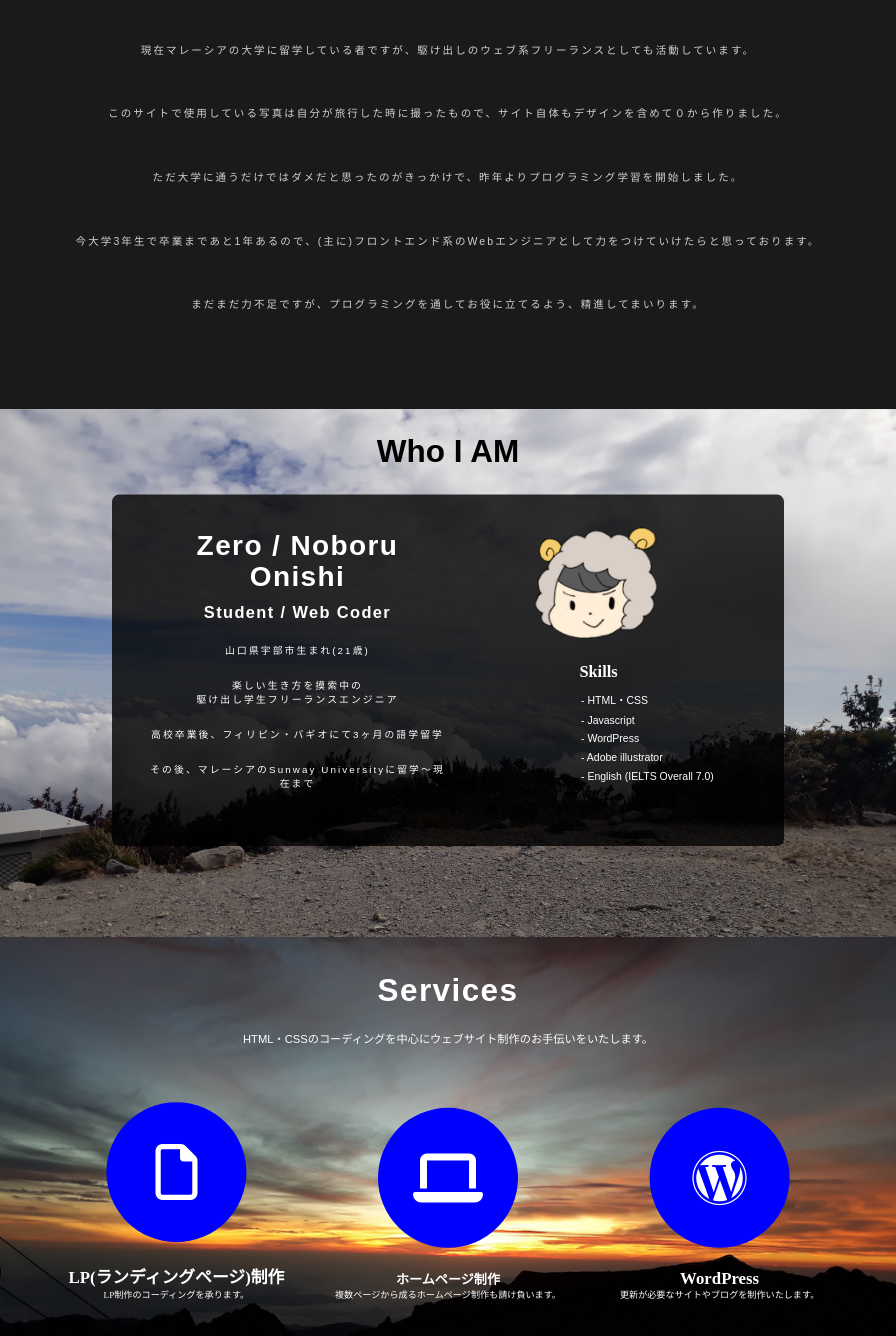
Repository: ZeroRequiem126/MyPortfolioSite
Page: top.html
The author's editor kept a record of every edit. The page is drawn from the files as they stood at one moment, then again after the next edit.
The browser window is 1280 px wide. The pictures show the part of the page from y = 892 to 2812 px (the page is 2800 px tall before and 2812 px after), at 70% of full size.
Some web libraries are served in a nearby version.

Above is the page before.

### top.html
<!DOCTYPE>
<html>
    <head>
        <meta charset="utf-8">
        <title>Zero</title>
        <link rel="stylesheet" type="text/css" href="top.css">
        <link rel="stylesheet" type="text/css"  href="swiper.css">
        <meta name="viewport" content="width=device-width, initial-scale=1.0">
        <script src="https://kit.fontawesome.com/fdddab2d46.js"></script>
    </head>

    <body>
        <header>
            <div class="container">
                <div class="header-left">Zero</div>
                <div class="header-right">
                    <ul>
                        <li>Who I AM</li>
                        <li>Skills</li>
                        <li>Portfolio</li>
                        <li>Contact</li>
                    </ul>
                </div>
            </div>
        </header>

        <div class="main">
            <div class="container">

                    <span class="slider-title">Zero</span>
                    <div class="swiper-container">
                        <div class="swiper-wrapper">
                              <div class="swiper-slide"><img src="images/pic1.jpg" alt="pic1.JPG" width="100%"></div>
                              <div class="swiper-slide"><img src="images/pic2.jpg" alt="pic2.jpg" width="100%"></div>
                              <div class="swiper-slide"><img src="images/pic3.jpg" alt="pic3.JPG" width="100%"></div>
                              <div class="swiper-slide"><img src="images/pic4.png" alt="pic4.png" width="100%"></div>
                              <div class="swiper-slide"><img src="images/pic5.jpg" alt="pic4.jpg" width="100%"></div>
                              <div class="swiper-slide"><img src="images/pic6.jpg" alt="pic4.jpg" width="100%"></div>
                        </div>
                        <div class="swiper-button-prev"></div>
                        <div class="swiper-button-next"></div>
                    </div>

                    <div class="introduction">
                        <div class="container">
                            <p>はじめまして、大西昇と申します。</p>
                            <p>現在マレーシアの大学に留学している者ですが、駆け出しのウェブ系フリーランスとしても活動しています。 </p>
                            <p>このサイトで使用している写真は自分が旅行した時に撮ったもので、サイト自体もデザインを含めて０から作りました。</p>
                            <p>ただ大学に通うだけではダメだと思ったのがきっかけで、昨年よりプログラミング学習を開始しました。</p>
                            <p>今大学3年生で卒業まであと1年あるので、(主に)フロントエンド系のWebエンジニアとして力をつけていけたらと思っております。</p>
                            <p>まだまだ力不足ですが、プログラミングを通してお役に立てるよう、精進してまいります。</p>
                        </div>
                    </div>

                    <div class="about">
                        <div class="container">
                            <h1 class="about-title" style="font-family: 'Gurmukhi MN',sans-serif;">Who I AM</h1>

                            <div class="about-contents">
                                <div class="about-left">
                                    <div class="name-and-job">
                                        <h1>Zero / Noboru Onishi</h1>
                                        <h3>Student / Web Coder</h3>
                                    </div>
                                    <div class="career">
                                        <p>山口県宇部市生まれ(21歳)</p>
                                        <p>楽しい生き方を摸索中の<br>駆け出し学生フリーランスエンジニア</p>
                                        <p>高校卒業後、フィリピン・バギオにて3ヶ月の語学留学</p>
                                        <p>その後、マレーシアのSunway Universityに留学〜現在まで</p>
                                    </div>
                                </div>

                                <div class="about-right">
                                    <img src="images/person.png">
                                    <h3>Skills</h3>
                                    <ul>
                                        <li>- HTML・CSS</li>
                                        <li>- Javascript</li>
                                        <li>- WordPress</li>
                                        <li>- Adobe illustrator</li>
                                        <li>- English (IELTS Overall 7.0)</li>
                                    </ul>
                                </div>
                            </div>

                        </div>
                    </div>

                    <div class="service">
                        <div class="container">
                            <h1 class="service-title">Services</h1>
                            <p class="service-subtitle">HTML・CSSのコーディングを中心にウェブサイト制作のお手伝いをいたします。</p>

                            <div class="services">

                                <div class="service-contents">
                                    <span class="far fa-file"></span>
                                    <h2>LP(ランディングページ)制作</h2>
                                    <p class="service-explanation">LP制作のコーディングを承ります。</p>
                                </div>

                                <div class="service-contents">
                                    <span class="fas fa-laptop"></span>
                                    <h3>ホームページ制作</h3>
                                    <p class="service-explanation">複数ページから成るホームページ制作も請け負います。</p>
                                </div>

                                <div class="service-contents">
                                    <span class="fab fa-wordpress"></span>
                                    <h2>WordPress</h2>
                                    <p>更新が必要なサイトやブログを制作いたします。</p>
                                </div>
                            </div>
                        </div>
                    </div>

            </div>
        </div>

        <footer>

        </footer>

        <script src="swiper.js"></script>
        <script>
          var mySwiper = new Swiper ('.swiper-container', {
            navigation: {
              nextEl: '.swiper-button-next',
              prevEl: '.swiper-button-prev',
            },
            loop: true,
            autoplay: {
                delay: 3000,
                disableOnInteraction: true
            },
            speed: 700,
          })
        </script>
    </body>

</html>

### top.css
@charset "utf-8";

* {
    box-sizing: border-box;
    margin: 0px;
    padding: 0px;
}

.container {
    text-align: center;
}

/* header */

header {
    height: 60px;
    width: 100%;
    background-color: white;
    color: black;
    line-height: 60px;
    position: fixed;
    z-index: 100;
}

.header-left {
    float: left;
    padding-left: 100px;
    font-size: 30px;
    font-family: 'Superclarendon',sans-serif;
}

.header-right {
    float: right;
    font-family: 'Gurmukhi MN',sans-serif;
}

.header-right ul {
    list-style: none;
    padding-right: 120px;
}

.header-right ul li {
    float: left;
    padding: 0 40px;
    font-size: 20px;
    cursor: pointer;
    transition: background-color 0.5s;
}

.header-right ul li:hover {
    background-color: #dcdcdc;
    transition: background-color 1s;
}

/* slider */

.slider-title {
    color: white;
    font-size: 150px;
    font-family: 'Trattatello',sans-serif;;
    position: absolute;
    top: 35%;
    left: 40%;
    z-index: 10;
    padding: 0 15px 0 10px;
    border: solid 8px;
    border-radius: 50%;
}

/* introduction */

.introduction {
    color: #D1D1D1;
    font-size: 15px;
    background-color: #1A1A1A;
    padding: 140px 0 70px 0;
    font-family: 'klee',sans-serif;
}

.introduction p {
    padding-bottom: 70px;
    letter-spacing: 3px;
}

/* About */

.about {
    margin: 0 auto;
    background-image: url("images/pic7.jpg");
    background-size: 100% auto;
    padding-bottom: 130px;
    font-size: 20px;
}

.about-title {
    padding: 35px 0;
    font-size: 45px;
}

.about-contents {
    background-color: rgba(0,0,0,0.8);
    display: inline-block;
    color: white;
    width: 75%;
    border-radius: 10px;
    padding: 0px 50px 50px 50px;
}

.about-left {
    float: left;
    width: 50%;
    vertical-align: top;
    padding-top: 50px;
}

.name-and-job {
    font-family: 'Papyrus-Condensed',sans-serif;
    letter-spacing: 2px;
    padding-bottom: 30px;
}

.name-and-job h1 {
    padding-bottom: 15px;
}

.career {
    font-family: 'klee',sans-serif;
}

.career p {
    padding-bottom: 30px;
    letter-spacing: 3px;
    font-size: 14px;
}

.about-right {
    float: left;
    width: 50%;
    padding-top: 20px;
}

.about-right h3 {
    padding-top: 20px;
    padding-bottom: 15px;
}

.about-right ul {
    list-style: none;
}

.about-right ul li {
    font-size: 15px;
    font-family: 'klee',sans-serif;
    padding-bottom: 10px;
    text-align: left;
    padding-left: 190px;
}

.about-right img {
    width: 200px;
}

/* Service */

.service {
    background-image: url("images/pic8.jpg");
    background-size: 100% auto;
    color: white;
    padding: 50px 0;
}

.service-title {
    padding-bottom: 30px;
    font-family: 'Gurmukhi MN',sans-serif;
    font-size: 45px;
    letter-spacing: 2px;
}

.service-subtitle {
    font-family: 'klee',sans-serif;
}

.service-contents {
    display: inline-block;
    width: 30%;
    padding-top: 80px;
}

.service-contents span {
    font-size: 80px;
    border-radius: 50%;
    background-color: blue;
    margin-bottom: 30px;
    width: 200px;
    height: 200px;
    line-height: 200px;
}

.service-contents p {
    font-size: 13px;
}

Loaded but not shown: swiper.css (library); swiper.js (library)

After the next edit:
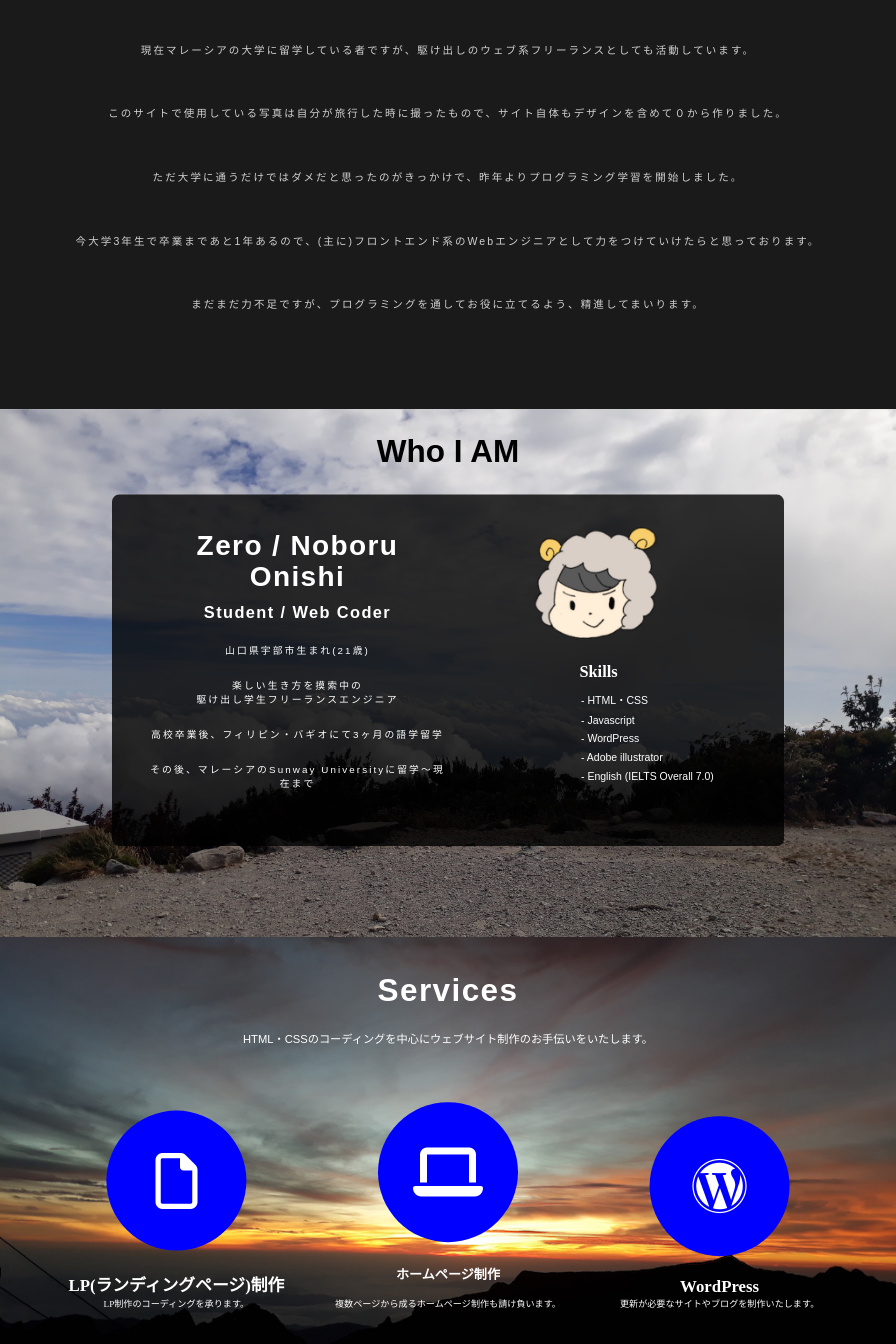
The edit:
--- a/top.css
+++ b/top.css
@@ -196,6 +196,10 @@
     line-height: 200px;
 }
 
+.service-contents h3 {
+    padding-bottom: 20px;
+}
+
 .service-contents p {
     font-size: 13px;
 }
